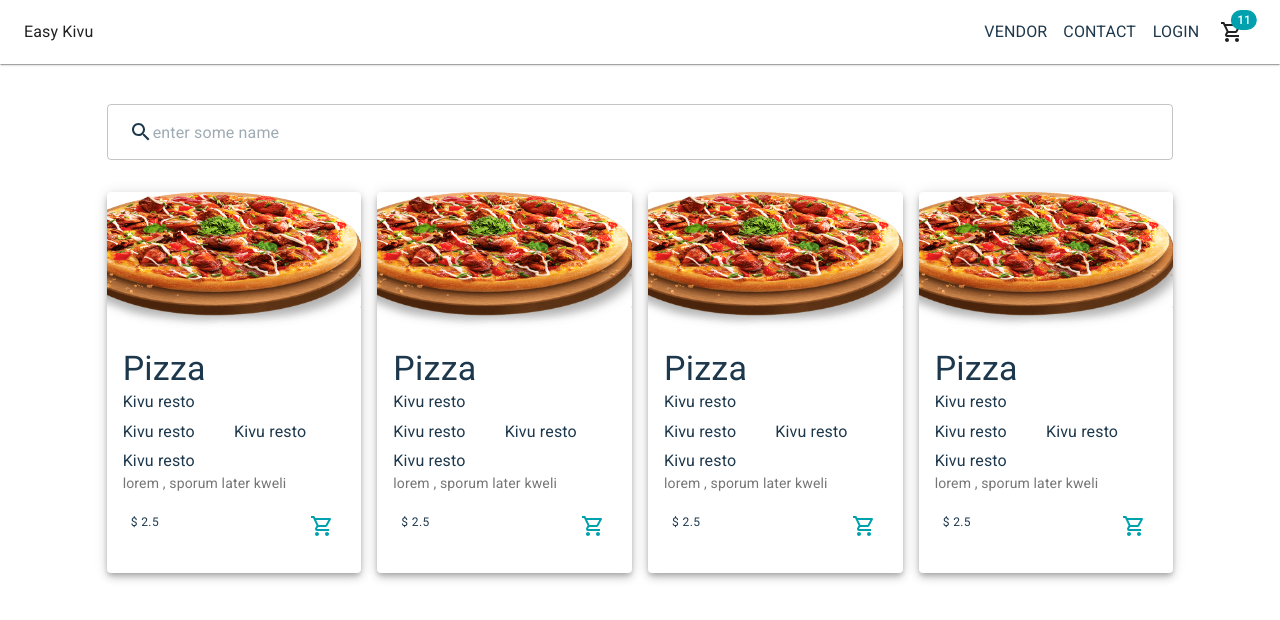
Repository: kilamaelie/jokes-dapp
Page: /
An editor plug-in stored every save of this project. The page is shown before and after the next save, followed by the edit.
The browser window is 1280 px wide. The pictures show the whole page.
The project was rebuilt for these pictures with package versions that can differ from the ones it lists, and the page was loaded fresh each time. Also part of the build but not shown: src/ui/page/dashboard/dashboard.js.

Above is the page before, as saved 2021-06-28 02:52:25.

### src/App.js
import React from 'react'
import {BrowserRouter as Router ,Switch,Route} from 'react-router-dom'
import {ThemeProvider } from "@material-ui/core/styles";
import theme from './App_theme/theme'
import CssBaseline from '@material-ui/core/CssBaseline'
import Main from './ui/page/website/main'
import Dashboards from  './ui/page/dashboard/dashboard'
import AppBars from './ui/widget/appbar'



const App =()=>{


  return (
    <ThemeProvider theme={theme}>
      <CssBaseline>
          <Router>
            <AppBars/>
            <Switch>
              <Route path='/dashboard' component={Dashboards}/>
              <Route path= '/' component={Main}/>
            </Switch>
          </Router>
      </CssBaseline>
    </ThemeProvider>
  )
}

export default App

### src/App_theme/theme.js
import {createMuiTheme} from '@material-ui/core/styles'


const theme =createMuiTheme({
    palette:{
        primary:{
          main: '#FFF'
        },
        secondary:{
          main: '#00A1AF'
        },
        background:{
          default:'#FFF'
        },
        text:{
          primary:'#1D384C'
        }

      }
})

export default theme

### src/ui/page/website/main.js
import React from 'react'
import {Switch,Route} from 'react-router-dom'
import Home from './screen/home'



const Main =()=>{
    return (
            <Switch>

                <Route exact path= '/' component={Home}/>
            </Switch>
        )
}

export default Main

### src/ui/widget/appbar.js
import React,{useState} from 'react'
import {Grid,AppBar,Toolbar,IconButton,Typography,Button,Dialog,DialogContent,DialogContentText,MenuItem,Menu,Badge} from '@material-ui/core';
import RestaurantMenuIcon from '@material-ui/icons/RestaurantMenu';
import AccountCircle from '@material-ui/icons/AccountCircle';
import NotificationsIcon from '@material-ui/icons/Notifications';
import MoreIcon from '@material-ui/icons/MoreVert';
import { useTheme} from '@material-ui/core/styles'
import useMediaQuery from '@material-ui/core/useMediaQuery';
import useStyles from '../style'
import {Link} from 'react-router-dom'
import ShoppingCartOutlinedIcon from '@material-ui/icons/ShoppingCartOutlined';




const AppBars =()=>{

  const classes = useStyles();
  const [open, setOpen] = useState(false);
  const theme = useTheme();
  const fullScreen = useMediaQuery(theme.breakpoints.down('sm'));

  const handleClickOpen = () => {
    setOpen(true);
  };
  const handleClose = () => {
    setOpen(false);
  };
  // for the app bar

  const [anchorEl, setAnchorEl] = React.useState(null);
  const [mobileMoreAnchorEl, setMobileMoreAnchorEl] = React.useState(null);

  const isMenuOpen = Boolean(anchorEl);
  const isMobileMenuOpen = Boolean(mobileMoreAnchorEl);

  const handleProfileMenuOpen = (event) => {
    setAnchorEl(event.currentTarget);
  };
  const handleMenuClose = () => {
    setAnchorEl(null);
    handleMobileMenuClose();
  };
  const handleMobileMenuClose = () => {
    setMobileMoreAnchorEl(null);
  };
  const handleMobileMenuOpen = (event) => {
    setMobileMoreAnchorEl(event.currentTarget);
  };
  const handleLogoutAndMenuClose = () =>{
    const logout = localStorage.removeItem('token')
    localStorage.removeItem('id')
    localStorage.removeItem('user')
    setAnchorEl(null);
    handleMobileMenuClose();
    window.location.reload();
    return logout
  }

  const menuId = 'primary-search-account-menu';
  const renderMenu = (
    <Menu
      anchorEl={anchorEl}
      anchorOrigin={{ vertical: 'top', horizontal: 'right' }}
      id={menuId}
      keepMounted
      transformOrigin={{ vertical: 'top', horizontal: 'right' }}
      open={isMenuOpen}
      onClose={handleMenuClose}
    >
      <MenuItem onClick={handleMenuClose}>Profile</MenuItem>
      <MenuItem onClick={handleLogoutAndMenuClose}>Logout</MenuItem>
    </Menu>
  );

  const mobileMenuId = 'primary-search-account-menu-mobile';
  const renderMobileMenu = (
    <Menu
      anchorEl={mobileMoreAnchorEl}
      anchorOrigin={{ vertical: 'top', horizontal: 'right' }}
      id={mobileMenuId}
      keepMounted
      transformOrigin={{ vertical: 'top', horizontal: 'right' }}
      open={isMobileMenuOpen}
      onClose={handleMobileMenuClose}
    >
          <MenuItem>
          <Typography className={classes.typoAppbar}>VENDOR</Typography>
          </MenuItem>
          <MenuItem>
           <Typography className={classes.typoAppbar}>Contact</Typography>
          </MenuItem>
          {/* {
            token!=null? <div>
               <MenuItem>
        <IconButton aria-label="show 11 new notifications" color="inherit">
          <Badge badgeContent={11} color="secondary">
            <NotificationsIcon />
          </Badge>
        </IconButton>
        <p>Notifications</p>
      </MenuItem>
      <MenuItem onClick={handleProfileMenuOpen}>
        <IconButton
          aria-label="account of current user"
          aria-controls="primary-search-account-menu"
          aria-haspopup="true"
          color="inherit"
        >
          <AccountCircle />
        </IconButton>
        <p>Profile</p>
      </MenuItem>
            </div>

            :  */}
             <div>
              <MenuItem>
            <Button onClick={handleClickOpen}><Typography className={classes.typoAppbar}>Login</Typography></Button>
                    <Dialog
                        // fullScreen={fullScreen}
                        open={open}
                        onClose={handleClose}
                        aria-labelledby="responsive-dialog-title"
                          >
                            <DialogContent>
                              <DialogContentText>
                                  {/* <Login/> */}
                              </DialogContentText>
                            </DialogContent>
                    </Dialog>
          </MenuItem>
            </div>
          {/* } */}


    </Menu>
  );
  return (
      <Grid container direction='row'>
          {/* <Grid item xs={1} sm={1}></Grid> */}
          <Grid item xs={12} sm={12}>
          <AppBar position="fixe" elevation={1}  >
        <Toolbar>
          {/* <IconButton
            component={Link}
            to='/'
            edge="start"
            className={classes.menuButton}
            color="inherit"
            aria-label="open drawer"
          >
            <RestaurantMenuIcon className={classes.icon} />
          </IconButton> */}
          <Typography className={classes.title}  noWrap>
            Easy Kivu
          </Typography>

          <div className={classes.grow} />
          <div className={classes.sectionDesktop}>
             <Button ><Typography className={classes.typoAppbar}>VENDOR</Typography></Button>
            <Button><Typography className={classes.typoAppbar}>CONTACT</Typography></Button>
            {/* {token!=null?
            <div>
            <IconButton aria-label="show 17 new notifications" color="inherit">
              <Badge badgeContent={17} color="secondary">
                <NotificationsIcon  color="secondary"/>
              </Badge>
            </IconButton>
            <IconButton
              edge="end"
              aria-label="account of current user"
              aria-controls={menuId}
              aria-haspopup="true"
              onClick={handleProfileMenuOpen}
              color="inherit"
            >
              <AccountCircle color="secondary" />
            </IconButton>
            </div>
            : */}
            <div>
               <Button onClick={handleClickOpen}><Typography className={classes.typoAppbar}>LOGIN</Typography></Button>
                <Dialog
                    // fullScreen={fullScreen}
                    open={open}
                    onClose={handleClose}
                    aria-labelledby="responsive-dialog-title"
                      >
                        <DialogContent>
                          <DialogContentText>
                          {/* <Login/> */}
                          </DialogContentText>
                        </DialogContent>

                    </Dialog>
            </div>

            {/* } */}

          </div>
          <IconButton aria-label="show 11 new notifications" color="inherit">
          <Badge badgeContent={11} color="secondary">
            <ShoppingCartOutlinedIcon />
          </Badge>
        </IconButton>
          <div className={classes.sectionMobile}>
            <IconButton
              aria-label="show more"
              aria-controls={mobileMenuId}
              aria-haspopup="true"
              onClick={handleMobileMenuOpen}
              color="inherit"
            >
              <MoreIcon className={classes.icon} />
            </IconButton>
          </div>
        </Toolbar>
      </AppBar>
      {renderMobileMenu}
      {renderMenu}
          </Grid>
          {/* <Grid item xs={1} sm={1}></Grid> */}
      </Grid>
  )

}
export default AppBars

### src/ui/page/website/screen/home.js
import React from 'react'
import useStyles from '../../../style'
import {Grid,TextField,InputAdornment} from '@material-ui/core'
import SearchIcon from '@material-ui/icons/Search';
import CardItem from '../screen/widget/card'


const Home = () =>{
    const classes =useStyles()

    return (
        <Grid container direction='row' className={classes.margin_40} >
            <Grid item xs={1} sm={1}></Grid>
            <Grid item xs={10} sm={10}  >
               <Grid container spacing={4}  >
                   <Grid item xs={12} sm={12}>
                       <TextField
                        variant='outlined'
                        fullWidth
                        onFocus
                        placeholder="enter some name"
                        InputProps={{
                            startAdornment: (
                              <InputAdornment position="end">
                                <SearchIcon />
                              </InputAdornment>
                            ),
                          }}
                       />
                   </Grid>
                   <Grid item xs={12} sm={12}>
                       <Grid container spacing ={2}>
                           <Grid item xs={12} sm={3}>
                           <CardItem/>
                           </Grid>
                           <Grid item xs={12} sm={3}>
                           <CardItem/>
                           </Grid>
                           <Grid item xs={12} sm={3}>
                           <CardItem/>
                           </Grid>
                           <Grid item xs={12} sm={3}>
                           <CardItem/>
                           </Grid>
                       </Grid>
                   </Grid>
               </Grid>
            </Grid>
            <Grid item xs={1} sm={1}></Grid>
        </Grid>
    )
}

export default Home

### src/ui/style.js
import {makeStyles} from '@material-ui/core/styles'

export default makeStyles((theme)=>({

    app:{
        background:'white',
        //marginTop:10,
        // marginbo

    },
    title:{
        color:theme.palette.primary.secondary,
        fontWeight:400,

    },
    grow: {
        flexGrow: 1,
      },
      menuButton: {
        marginRight: theme.spacing(4),
      },
      title: {
        display: '',
        color:theme.palette.primary.secondary,
        fontWeight: 400 ,
        [theme.breakpoints.up('sm')]: {
          display: 'block',
          fontWeight: 400
        },
      },

      sectionDesktop: {
        display: 'none',
        [theme.breakpoints.up('md')]: {
          display: 'flex',
        },
      },
      sectionMobile: {
        display: 'flex',
        [theme.breakpoints.up('md')]: {
          display: 'none',
        },
      },
    icon:{
        color:theme.palette.primary.secondary,
    },
    typoAppbar:{
      color:theme.palette.primary.secondary,
      fontSize: 15,
      fontWeight:400
    },
    homeAppbar:{
      marginTop:40,
      backgroundColor:theme.palette.primary.secondary,
      height:80,
      borderRadius:"10px"
    },
    margin_40:{
      marginTop: 40,
      marginBottom:40
    }

}))

### src/ui/page/website/screen/widget/card.js
import React from 'react'
import {Grid,TextField,Typography,IconButton} from '@material-ui/core'
import Card from '@material-ui/core/Card';
import CardActionArea from '@material-ui/core/CardActionArea';
import CardActions from '@material-ui/core/CardActions';
import CardContent from '@material-ui/core/CardContent';
import CardMedia from '@material-ui/core/CardMedia';
import Button from '@material-ui/core/Button';
import Pizza from '../../../../../assets/pizza.png'
import ShoppingCartOutlinedIcon from '@material-ui/icons/ShoppingCartOutlined';


const CardItem =()=>{
    return (
        <Card elevation={5} >
        {/* <CardActionArea> */}
          <CardMedia
            style={{height:140}}
            image={Pizza}
            // title={imagetitle}
          />
          <CardContent>
            <Typography variant="caption" variant='h4' component="h2" >
              Pizza
            </Typography>
            <Typography gutterBottom  component="h2" >
              Kivu resto
            </Typography>
            <Grid container>
              <Grid item xs={6} sm={6}>
              <Typography gutterBottom  component="h2" >
              Kivu resto
            </Typography>
              </Grid>
             < Grid item xs={6} sm={6}>
              <Typography gutterBottom  component="h2" >
              Kivu resto
            </Typography>
              </Grid>
            </Grid>
            <Typography align='ri'  component="h2" >
              Kivu resto
            </Typography>
            <Typography variant="body2" color="textSecondary" style={{height:30}}>
             lorem , sporum later kweli
            </Typography>

        {/* </CardActionArea> */}
        <CardActions>
          <Grid container>
            <Grid item sm={6} md={6} xs={6} justify="center">
              <Typography variant="caption">
                $ 2.5
              </Typography>
            </Grid>
            <Grid item md={6} xs={6}>
              <Grid container direction="column" justify="center" alignItems="flex-end">
              <IconButton size="small" color="secondary" >
                <ShoppingCartOutlinedIcon/>
              </IconButton>
              </Grid>
            </Grid>
          </Grid>

        </CardActions>
        </CardContent>
      </Card>
    )
}


export default CardItem;

Loaded but not shown: public/index.html (common file); src/index.js (common file); src/index.css (common file); src/reportWebVitals.js (common file)

After the next save:
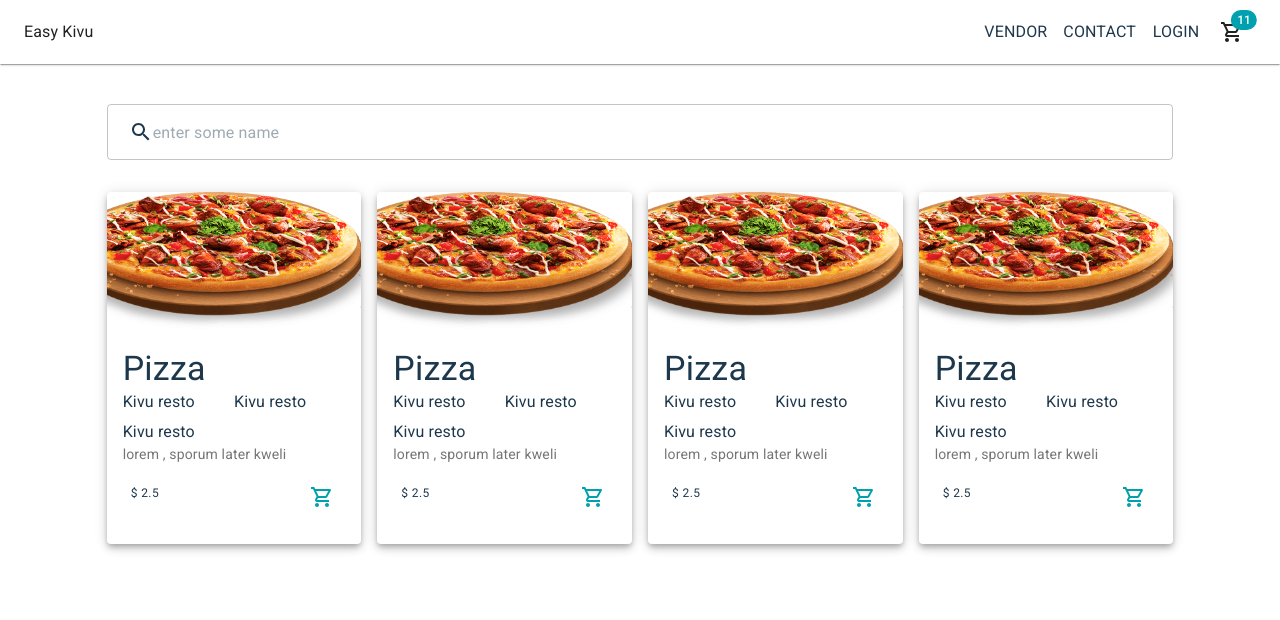
Saved 36 s later.
--- a/src/ui/page/website/screen/widget/card.js
+++ b/src/ui/page/website/screen/widget/card.js
@@ -22,9 +22,6 @@ const CardItem =()=>{
           <CardContent>
             <Typography variant="caption" variant='h4' component="h2" >
               Pizza
-            </Typography>
-            <Typography gutterBottom  component="h2" >
-              Kivu resto
             </Typography>
             <Grid container>
               <Grid item xs={6} sm={6}>
